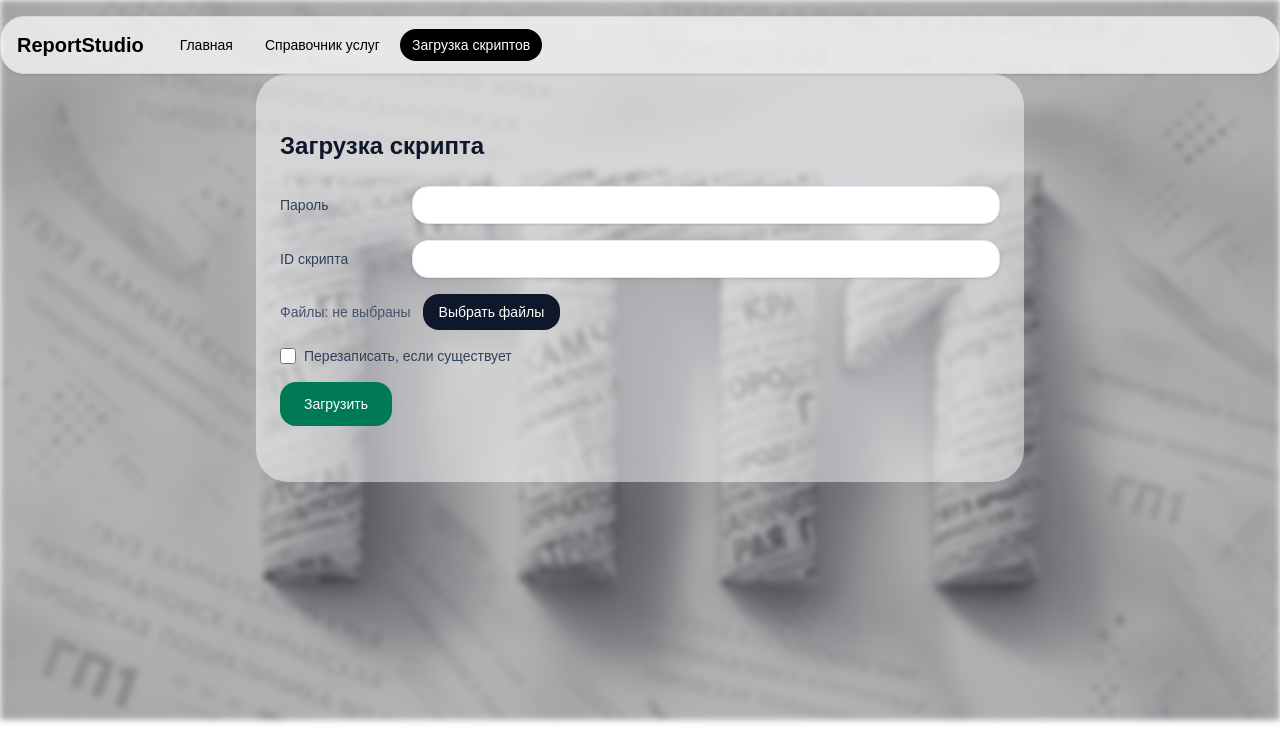
Repository: vladzap2423/report_studio_v2
Page: /load
An editor plug-in stored every save of this project. The page is shown before and after the next save, followed by the edit.
The browser window is 1280 px wide. The pictures show the whole page.
The project was rebuilt for these pictures with package versions that can differ from the ones it lists, and the page was loaded fresh each time. The framework's server and built-in components were replaced by stand-ins that run in the browser. Also part of the build but not shown: next.config.ts.

Above is the page before, as saved 2026-03-17 15:21:54.

### src/app/layout.tsx
import type { Metadata } from "next";
import { Geist, Geist_Mono } from "next/font/google";
import "./globals.css";
import Header from "./components/Header";

const geistSans = Geist({
  variable: "--font-geist-sans",
  subsets: ["latin"],
});

const geistMono = Geist_Mono({
  variable: "--font-geist-mono",
  subsets: ["latin"],
});

export const metadata: Metadata = {
  title: "Create Next App",
  description: "Generated by create next app",
};

export default function RootLayout({
  children,
}: Readonly<{
  children: React.ReactNode;
}>) {
  return (
    <html lang="en">
      <body
        className={`${geistSans.variable} ${geistMono.variable} antialiased`}
      >
        <Header

          title="ReportStudio"
          links={[
            { label: "Главная", href: "/" },
            { label: "Справочник услуг", href: "/services" },
            { label:"Загрузка скриптов", href: "/load"}
          ]}
        />
        {children}
      </body>
    </html>
  );
}

### src/app/load/page.tsx
"use client";

import { useState, useRef, useCallback } from "react";

export default function LoadPage() {
  const [password, setPassword] = useState("");
  const [id, setId] = useState("");
  const [files, setFiles] = useState<File[]>([]);
  const [overwrite, setOverwrite] = useState(false);
  const [error, setError] = useState<string | null>(null);
  const [success, setSuccess] = useState<string | null>(null);
  const [loading, setLoading] = useState(false);

  const inputRef = useRef<HTMLInputElement | null>(null);

  const onPickClick = useCallback(() => {
    inputRef.current?.click();
  }, []);

  const handlePicked = useCallback((picked: File[]) => {
    setFiles(picked);
  }, []);

  const uploadScripts = useCallback(async () => {
    setError(null);
    setSuccess(null);

    if (!files.length) return setError("Выберите файлы скрипта.");
    if (!id.trim()) return setError("Укажите ID скрипта.");
    if (password !== "Zx44tfW") return setError("Неверный пароль.");

    setLoading(true);
    try {
      const fd = new FormData();
      fd.append("scriptId", id.trim());
      fd.append("password", password);
      if (overwrite) fd.append("overwrite", "1");
      for (const f of files) fd.append("files", f, (f as any).webkitRelativePath || f.name);

      const res = await fetch("/api/scripts/upload", { method: "POST", body: fd });
      if (!res.ok) throw new Error(`HTTP ${res.status}`);

      setSuccess("Скрипт загружен.");
      setFiles([]);
      setId("");
      setPassword("");
      if (inputRef.current) inputRef.current.value = "";
    } catch {
      setError("Не удалось загрузить скрипт.");
    } finally {
      setLoading(false);
    }
  }, [files, id, password, overwrite]);

  return (
      <div className="mx-auto max-w-3xl px-6 py-14 bg-gray-50/50 rounded-4xl">
        <h1 className="text-2xl font-semibold text-slate-900 mb-6">Загрузка скрипта</h1>

        <div className="grid gap-3 sm:grid-cols-[120px_1fr] sm:items-center mb-4">
          <label className="text-sm font-medium text-slate-700">Пароль</label>
          <input
            type="password"
            value={password}
            onChange={(e) => setPassword(e.target.value)}
            className="w-full rounded-2xl border border-slate-200 bg-white px-4 py-2 text-sm text-slate-900 shadow-sm focus:outline-none focus:ring-4 focus:ring-slate-200"
          />
        </div>

        <div className="grid gap-3 sm:grid-cols-[120px_1fr] sm:items-center mb-4">
          <label className="text-sm font-medium text-slate-700">ID скрипта</label>
          <input
            type="text"
            value={id}
            onChange={(e) => setId(e.target.value)}
            className="w-full rounded-2xl border border-slate-200 bg-white px-4 py-2 text-sm text-slate-900 shadow-sm focus:outline-none focus:ring-4 focus:ring-slate-200"
          />
        </div>

        <div className="flex flex-wrap items-center gap-3 mb-4 text-sm text-slate-600">
          <div>Файлы: {files.length ? `${files.length} шт.` : "не выбраны"}</div>
          <button
            type="button"
            onClick={onPickClick}
            className="rounded-2xl bg-slate-900 px-4 py-2 text-white hover:bg-slate-800"
          >
            Выбрать файлы
          </button>
          <input
            ref={inputRef}
            type="file"
            multiple
            className="hidden"
            onChange={(e) => {
              const picked = Array.from(e.target.files || []);
              if (!picked.length) return;
              handlePicked(picked);
            }}
            {...({ webkitdirectory: "true"} as any)}
          />
        </div>

        <div className="flex items-center gap-2 mb-4">
          <input
            type="checkbox"
            checked={overwrite}
            onChange={(e) => setOverwrite(e.target.checked)}
            id="overwrite"
            className="w-4 h-4 rounded border-slate-300 text-slate-900 focus:ring-slate-200"
          />
          <label htmlFor="overwrite" className="text-sm text-slate-700">Перезаписать, если существует</label>
        </div>

        {error && <div className="mb-4 rounded-2xl border border-rose-200 bg-rose-50 px-4 py-3 text-sm text-rose-700">{error}</div>}
        {success && <div className="mb-4 rounded-2xl border border-emerald-200 bg-emerald-50 px-4 py-3 text-sm text-emerald-700">{success}</div>}

        <button
          type="button"
          onClick={uploadScripts}
          disabled={loading}
          className="rounded-2xl bg-emerald-700 px-6 py-3 text-white text-sm font-medium hover:bg-emerald-600 disabled:opacity-50"
        >
          {loading ? "Загрузка..." : "Загрузить"}
        </button>
      </div>
  );
}

### src/app/globals.css
@import "tailwindcss";

:root {
  --background: #ffffff;
  --foreground: #171717;
  color-scheme: light;
}

@theme inline {
  --color-background: var(--background);
  --color-foreground: var(--foreground);
  --font-sans: var(--font-geist-sans);
  --font-mono: var(--font-geist-mono);
}

body {
  background: var(--background);
  color: var(--foreground);
  font-family: Arial, Helvetica, sans-serif;
  position: relative; /* важно для ::before */
  min-height: 100vh;
}

body::before {
  content: "";
  position: fixed;
  top: 0;
  left: 0;
  width: 100%;
  height: 100%;
  background-image: url("/fon.png");
  background-size: cover;
  background-position: center;
  background-repeat: no-repeat;
  filter: blur(3px) brightness(0.7);
  z-index: -1; /* чтобы контент был поверх фона */
}

### src/app/components/Header.tsx
"use client";

import React from "react";
import Link from "next/link";
import { usePathname } from "next/navigation";

type HeaderProps = {
  title?: string;
  links?: { label: string; href: string }[];
};

const Header: React.FC<HeaderProps> = ({ title = "ReportStudio", links = [] }) => {
  const pathname = usePathname();

  return (
    <header className="w-full flex justify-center mt-4">
      <div className="w-full max-w-7xl px-4 py-3 flex items-center space-x-6 bg-white/70 border border-gray-300 rounded-3xl shadow-sm">

        {/* Название */}
        <div className="text-xl font-semibold text-black">
          {title}
        </div>

        {/* Меню */}
        <nav className="flex space-x-2">
          {links.map((link) => {
            const isActive = pathname === link.href;

            return (
              <Link
                key={link.href}
                href={link.href}
                className={`px-3 py-1.5 rounded-3xl text-sm transition-colors ${
                  isActive
                    ? "bg-black text-white"
                    : "text-black hover:bg-gray-100"
                }`}
              >
                {link.label}
              </Link>
            );
          })}
        </nav>

      </div>
    </header>
  );
};

export default Header;

After the next save:
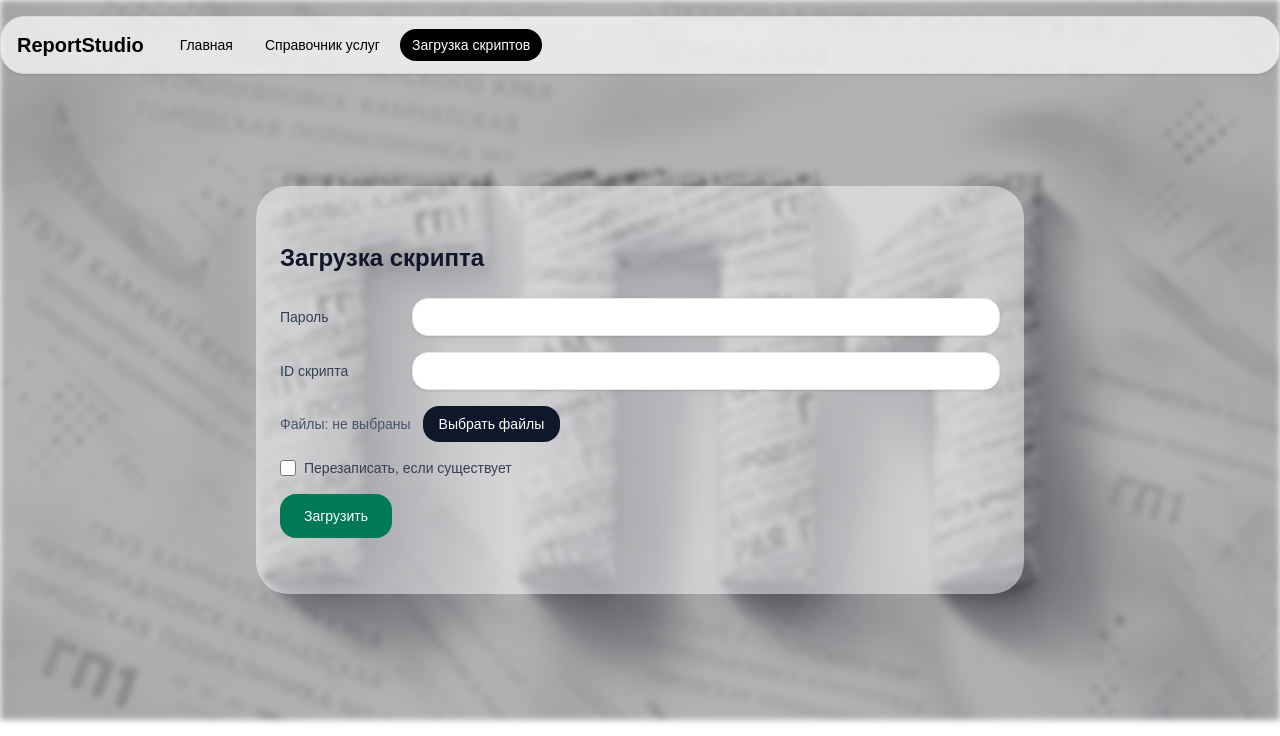
Saved 15 s later.
--- a/src/app/load/page.tsx
+++ b/src/app/load/page.tsx
@@ -53,7 +53,7 @@ export default function LoadPage() {
   }, [files, id, password, overwrite]);
 
   return (
-      <div className="mx-auto max-w-3xl px-6 py-14 bg-gray-50/50 rounded-4xl">
+      <div className="mx-auto max-w-3xl px-6 py-14 bg-gray-50/50 rounded-4xl mt-28">
         <h1 className="text-2xl font-semibold text-slate-900 mb-6">Загрузка скрипта</h1>
 
         <div className="grid gap-3 sm:grid-cols-[120px_1fr] sm:items-center mb-4">
